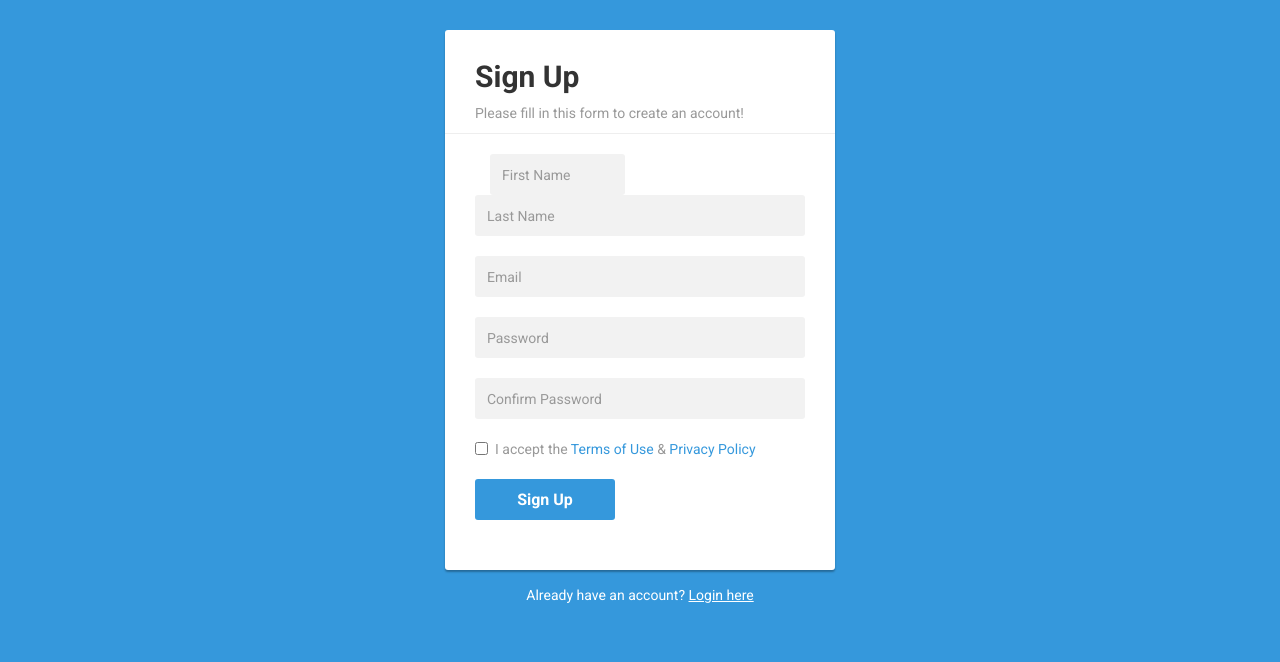
Repository: Rajat-Jain29/Java-Spring-Boot
Page: http://localhost/Registration/register.jsp
An editor plug-in stored every save of this project. The page is shown before and after the next save, followed by the edit.
The browser window is 1280 px wide. The pictures show the whole page.
The page is served by Tomcat 9. Other server files are loaded and not shown.

Above is the page before, as saved 2021-03-21 09:21:59.

### Registration/Registration/WebContent/register.jsp
<%@ page language="java" contentType="text/html; charset=ISO-8859-1"
    pageEncoding="ISO-8859-1"%>
<!DOCTYPE html PUBLIC "-//W3C//DTD HTML 4.01 Transitional//EN" "http://www.w3.org/TR/html4/loose.dtd">
<html lang="en">
<head>
<meta charset="utf-8">
<meta http-equiv="X-UA-Compatible" content="IE=edge">
<meta name="viewport" content="width=device-width, initial-scale=1">
<link href="https://fonts.googleapis.com/css?family=Roboto:400,700" rel="stylesheet">
<title>SIGN UP FORM</title>
<link rel="stylesheet" href="https://maxcdn.bootstrapcdn.com/bootstrap/3.3.7/css/bootstrap.min.css">
<script src="https://ajax.googleapis.com/ajax/libs/jquery/1.12.4/jquery.min.js"></script>
<script src="https://maxcdn.bootstrapcdn.com/bootstrap/3.3.7/js/bootstrap.min.js"></script>
<style>
	body {
		color: #fff;
		background: #3598dc;
		font-family: 'Roboto', sans-serif;
	}
    .form-control{
		height: 41px;
		background: #f2f2f2;
		box-shadow: none !important;
		border: none;
	}
	.form-control:focus{
		background: #e2e2e2;
	}
    .form-control, .btn{
        border-radius: 3px;
    }
	.signup-form{
		width: 390px;
		margin: 30px auto;
	}
	.signup-form form{
		color: #999;
		border-radius: 3px;
    	margin-bottom: 15px;
        background: #fff;
        box-shadow: 0px 2px 2px rgba(0, 0, 0, 0.3);
        padding: 30px;
    }
	.signup-form h2 {
		color: #333;
		font-weight: bold;
        margin-top: 0;
    }
    .signup-form hr {
        margin: 0 -30px 20px;
    }
	.signup-form .form-group{
		margin-bottom: 20px;
	}
	.signup-form input[type="checkbox"]{
		margin-top: 3px;
	}
	.signup-form .row div:first-child{
		padding-right: 10px;
	}
	.signup-form .row div:last-child{
		padding-left: 10px;
	}
    .signup-form .btn{
        font-size: 16px;
        font-weight: bold;
		background: #3598dc;
		border: none;
		min-width: 140px;
    }
	.signup-form .btn:hover, .signup-form .btn:focus{
		background: #2389cd !important;
        outline: none;
	}
    .signup-form a{
		color: #fff;
		text-decoration: underline;
	}
	.signup-form a:hover{
		text-decoration: none;
	}
	.signup-form form a{
		color: #3598dc;
		text-decoration: none;
	}
	.signup-form form a:hover{
		text-decoration: underline;
	}
    .signup-form .hint-text {
		padding-bottom: 15px;
		text-align: center;
    }
</style>
</head>
<body>
<div class="signup-form">
    <form action="/examples/actions/confirmation.php" method="post">
		<h2>Sign Up</h2>
		<p>Please fill in this form to create an account!</p>
		<hr>
        <div class="form-group">

				<div class="col-xs-6"><input type="text" class="form-control" name="first_name" placeholder="First Name" required="required"></div>


        </div>
        <div class="form-group">

			<input type="text" class="form-control" name="last_name" placeholder="Last Name" required="required">


        </div>

        <div class="form-group">
        	<input type="email" class="form-control" name="email" placeholder="Email" required="required">
        </div>
		<div class="form-group">
            <input type="password" class="form-control" name="password" placeholder="Password" required="required">
        </div>
		<div class="form-group">
            <input type="password" class="form-control" name="confirm_password" placeholder="Confirm Password" required="required">
        </div>
        <div class="form-group">
			<label class="checkbox-inline"><input type="checkbox" required="required"> I accept the <a href="#">Terms of Use</a> &amp; <a href="#">Privacy Policy</a></label>
		</div>
		<div class="form-group">
            <button type="submit" class="btn btn-primary btn-lg">Sign Up</button>
        </div>
    </form>
	<div class="hint-text">Already have an account? <a href="#">Login here</a></div>
</div>
</body>
</html>

After the next save:
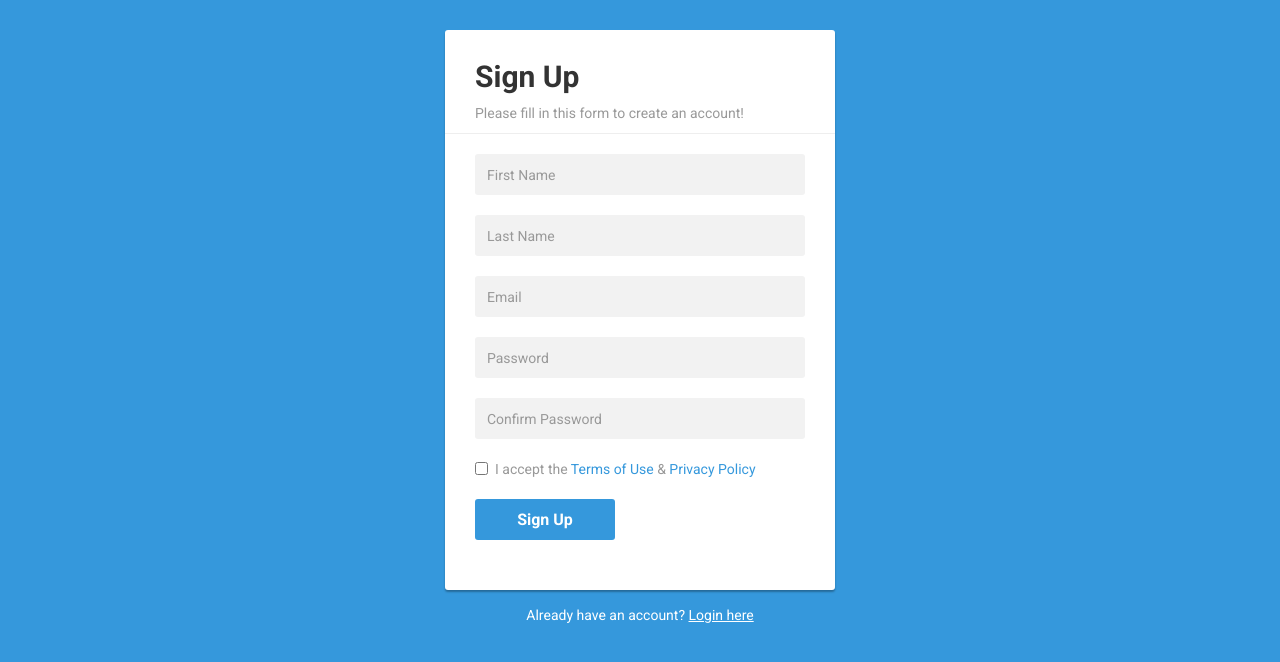
Saved 14 s later.
--- a/Registration/Registration/WebContent/register.jsp
+++ b/Registration/Registration/WebContent/register.jsp
@@ -100,7 +100,7 @@
 		<hr>
         <div class="form-group">
 
-				<div class="col-xs-6"><input type="text" class="form-control" name="first_name" placeholder="First Name" required="required"></div>
+				<input type="text" class="form-control" name="first_name" placeholder="First Name" required="required">
 
 
         </div>
